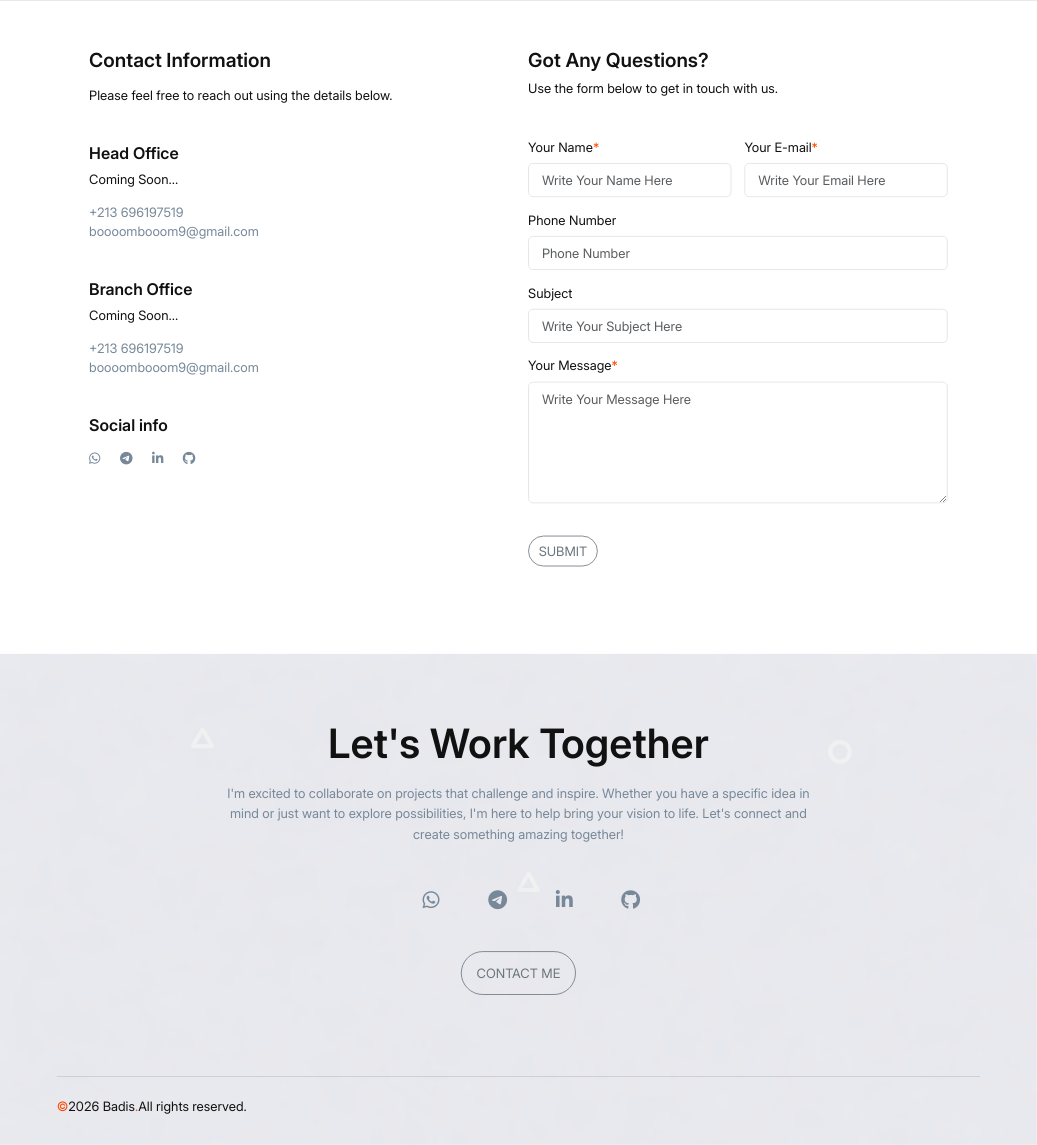
Repository: Badi-77/Portfolio
Page: Contact.html
These files come from the project's save history. The page is drawn as it stood at one moment and after the next save; the edit follows.
The browser window is 1280 px wide. The pictures show the part of the page from y = 504 to 1917 px (the page is 1917 px tall), at 81% of full size.

Above is the page before, as saved 2026-02-17 23:29:12.

After the next save:
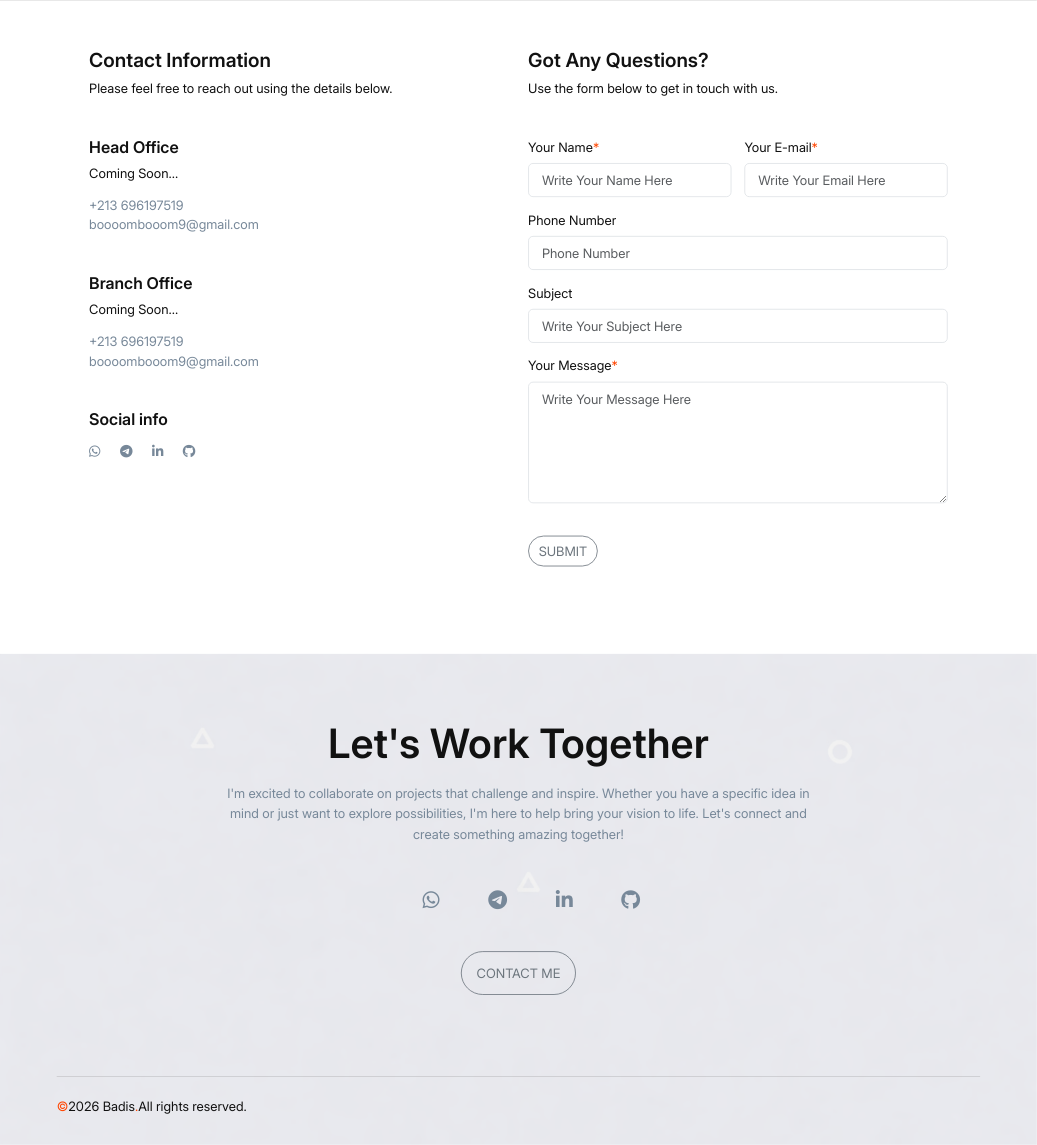
Saved 4 s later.
--- a/Contact.html
+++ b/Contact.html
@@ -131,7 +131,7 @@
         </div>
         <div class="contact-info col-lg-6 mb-5">
           <h4 class="fw-bold">Contact Information</h4>
-          <p ><p>Please feel free to reach out using the details below.</p></p>
+          <p >Please feel free to reach out using the details below.</p></p>
           <div class="page-content">
             <div class="col-md-6">
               <div class="content-box my-5">
